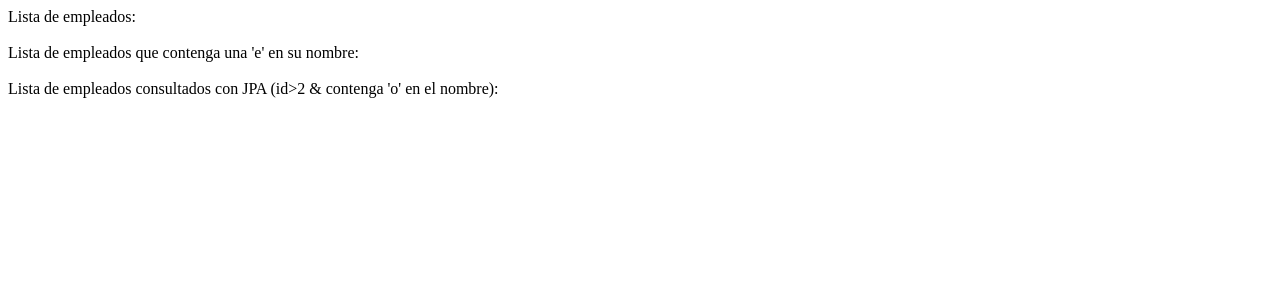
Repository: David58591/SpringBoot
Page: http://localhost/listarEmpleados
An editor plug-in stored every save of this project. The page is shown before and after the next save, followed by the edit.
The browser window is 1280 px wide. The pictures show the whole page.
The page is this project's Thymeleaf template; nobody is signed in. The template is opened directly, without the code that normally fills it, so the values that code supplies are empty.

Above is the page before, as saved 2020-11-05 09:29:23.

### DemoWeb/src/main/resources/templates/listarEmpleados.html
<!DOCTYPE HTML>
<html xmlns:th="http://www.thymeleaf.org">
<head>
    <title>Lista de empleados</title>
    <meta http-equiv="Content-Type" content="text/html; charset=UTF-8" />
</head>
<body>
	Lista de empleados:
	<table>
		<th:block th:each="per : ${listaEmp}">
			<tr>
				<th>ID</th>
				<th>Nombre</th>
				<th>Apellidos</th>
			</tr>

			<tr>
				<td th:text="${per.id}"></td>
				<td th:text="${per.nombre}"></td>
				<td th:text="${per.apellidos}"></td>
			</tr>
		</th:block>
	</table> <br/>
	Lista de empleados que contenga una 'e' en su nombre:
	<table>
		<th:block th:each="per : ${listaEmpConE}">
			<tr>
				<td th:text="${per.id}"></td>
				<td th:text="${per.nombre}"></td>
				<td th:text="${per.apellidos}"></td>
			</tr>
		</th:block>
	</table><br/>
	Lista de empleados consultados con JPA (id>2 & contenga 'o' en el nombre):
	<table>
		<th:block th:each="per : ${listaJPA}">
			<tr>
				<td th:text="${per.id}"></td>
				<td th:text="${per.nombre}"></td>
				<td th:text="${per.apellidos}"></td>
			</tr>
		</th:block>
	</table>
</body>
</html>

After the next save:
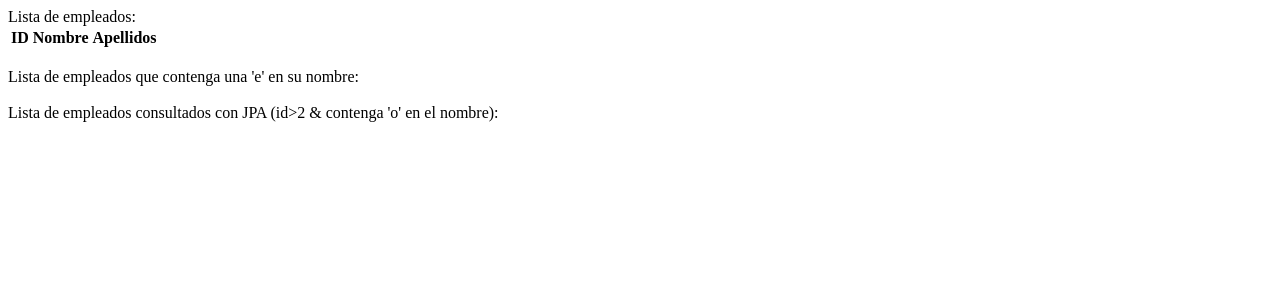
Saved 40 s later.
--- a/DemoWeb/src/main/resources/templates/listarEmpleados.html
+++ b/DemoWeb/src/main/resources/templates/listarEmpleados.html
@@ -7,12 +7,12 @@
 <body>
 	Lista de empleados:
 	<table>
-		<th:block th:each="per : ${listaEmp}">
-			<tr>
+	<tr>
 				<th>ID</th>
 				<th>Nombre</th>
 				<th>Apellidos</th>
 			</tr>
+		<th:block th:each="per : ${listaEmp}">
 
 			<tr>
 				<td th:text="${per.id}"></td>
